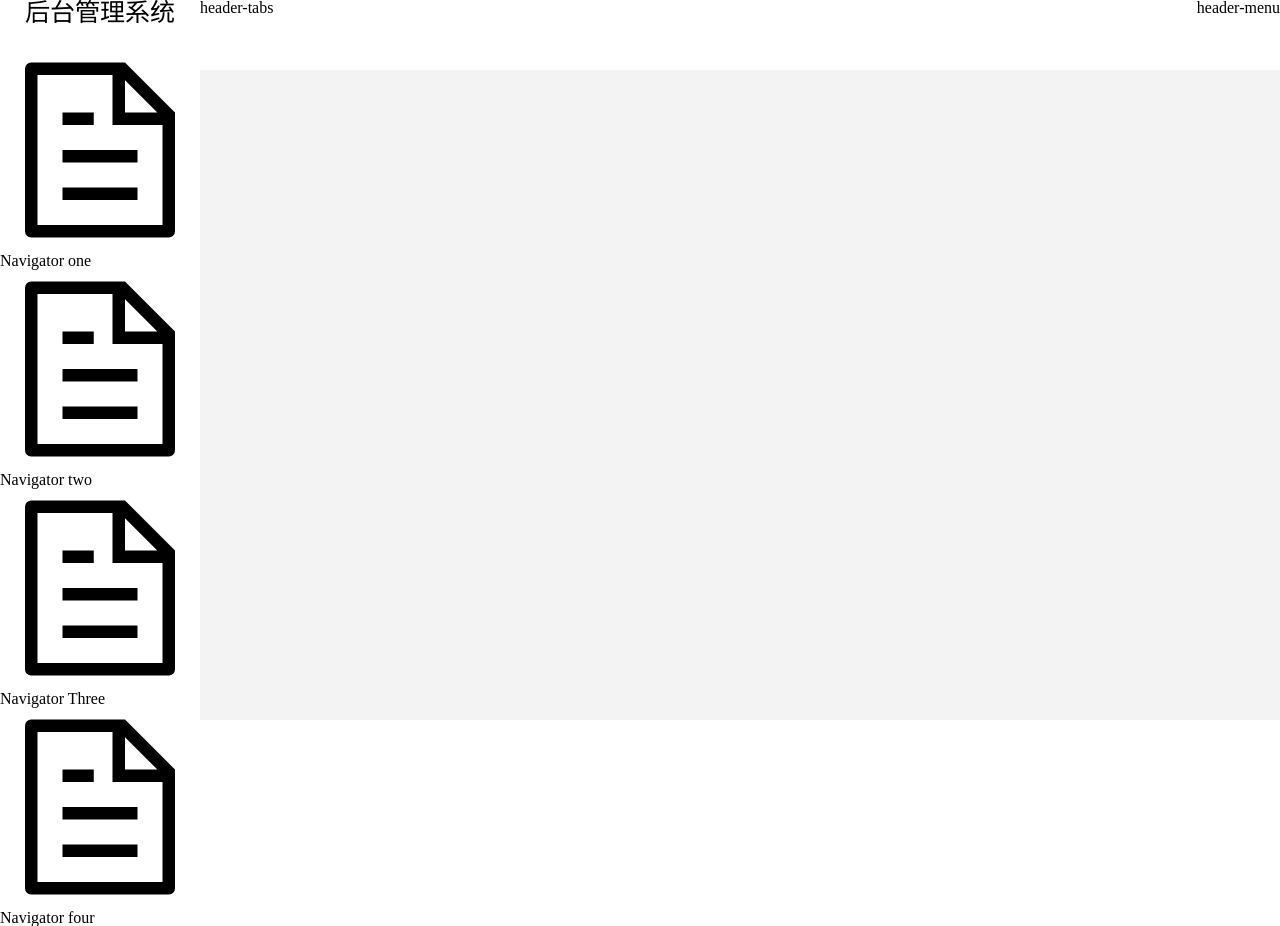
Repository: serrrN/admin
Page: /
The author's editor kept a copy of each file at every save. The page is drawn from the files as they stood at one save, then again after the next save.
The browser window is 1280 px wide. The pictures show the whole page.
The project was rebuilt for these pictures with package versions that can differ from the ones it lists, and the page was loaded fresh each time. Also part of the build but not shown: vite.config.ts, src/styles/index.scss.

Above is the page before, as saved 2024-06-02 15:30:33.

### src/main.ts
import { createApp } from 'vue'
import App from './App.vue'
import ElementPlus from 'element-plus'
import zhCn from 'element-plus/es/locale/lang/zh-cn'
import * as ElementPlusIconsVue from '@element-plus/icons-vue'
import router from './router'
import 'reset-css'
import './styles/index.scss'
const app = createApp(App)
for (const [key, component] of Object.entries(ElementPlusIconsVue)) {
  app.component(key, component)
}
app.use(ElementPlus, { locale: zhCn })
app.use(router)
app.mount('#app')

### src/App.vue
<script setup lang="ts"></script>

<template>
  <router-view></router-view>
</template>

<style>
#app,
html,
body {
  width: 100%;
  height: 100%;
}
</style>

### src/router/index.ts
import { createRouter, createWebHistory } from 'vue-router'
const routes = [
  {
    path: '/',
    name: 'home',
    component: () => import('@/layout/index.vue'),
  },
]
const router = createRouter({
  history: createWebHistory(),
  routes,
})
export default router

### src/layout/index.vue
<template>
  <div class="layout-container">
    <div class="left">
      <Menu />
    </div>
    <div class="right">
      <div class="header"><Header /></div>
      <div class="main"><Main /></div>
    </div>
  </div>
</template>

<script lang="ts" setup>
import Menu from './menu/index.vue'
import Header from './header/index.vue'
import Main from './main/index.vue'
</script>

<style scoped lang="scss">
.layout-container {
  width: 100%;
  height: 100%;
  display: flex;
  .left {
    height: 100%;
    width: $layout-container-left-max-width;
  }
  .right {
    width: calc(100% - $layout-container-left-max-width);
    .header {
      width: 100%;
      height: $layout-container-header-height;
      display: flex;
      justify-content: space-between;
    }
    .main {
      height: calc(100% - $layout-container-header-height);
      width: 100%;
      background-color: #f3f3f3;
    }
  }
}
</style>

### src/styles/variable.scss
// 布局容器左边未塌陷宽度
$layout-container-left-max-width:200px;
// 布局容器左边塌陷后宽度
$layout-container-left-min-width:0px;

// 布局容器头部高度
$layout-container-header-height:70px;

### src/layout/menu/index.vue
<template>
  <el-menu
    default-active="2"
    class="el-menu-vertical-demo"
    :collapse="isCollapse"
    @open="handleOpen"
    @close="handleClose"
  >
    <div class="name">后台管理系统</div>
    <el-menu-item index="1">
      <el-icon><document /></el-icon>
      <span>Navigator one</span>
    </el-menu-item>
    <el-menu-item index="2">
      <el-icon><document /></el-icon>
      <span>Navigator two</span>
    </el-menu-item>
    <el-menu-item index="3">
      <el-icon><document /></el-icon>
      <span>Navigator Three</span>
    </el-menu-item>
    <el-menu-item index="4">
      <el-icon><document /></el-icon>
      <span>Navigator four</span>
    </el-menu-item>
  </el-menu>
</template>

<script lang="ts" setup>
import { ref } from 'vue'

const isCollapse = ref(false)
const handleOpen = (key: string, keyPath: string[]) => {
  console.log(key, keyPath)
}
const handleClose = (key: string, keyPath: string[]) => {
  console.log(key, keyPath)
}
</script>

<style>
.el-menu {
  height: 100%;
  .name {
    text-align: center;
    width: 100%;
    height: 50px;
    font-size: 25px;
  }
}
.el-menu-vertical-demo:not(.el-menu--collapse) {
  width: 200px;
  min-height: 400px;
}
</style>

### src/layout/header/index.vue
<template>
  <Tabs />
  <Menu />
</template>
<script setup lang="ts">
import Tabs from './tabs/index.vue'
import Menu from './menu/index.vue'
</script>
<style lang="scss" scoped></style>

### src/layout/main/index.vue
<template>
  <router-view></router-view>
</template>
<script setup lang="ts"></script>
<style lang="scss" scoped></style>

### src/layout/header/tabs/index.vue
<template>
  <div class="header-tabs">header-tabs</div>
</template>
<script setup lang="ts"></script>
<style lang="scss" scoped></style>

### src/layout/header/menu/index.vue
<template>
  <div class="header-menu">header-menu</div>
</template>
<script setup lang="ts"></script>
<style lang="scss" scoped></style>

Loaded but not shown: index.html (common file)

After the next save:
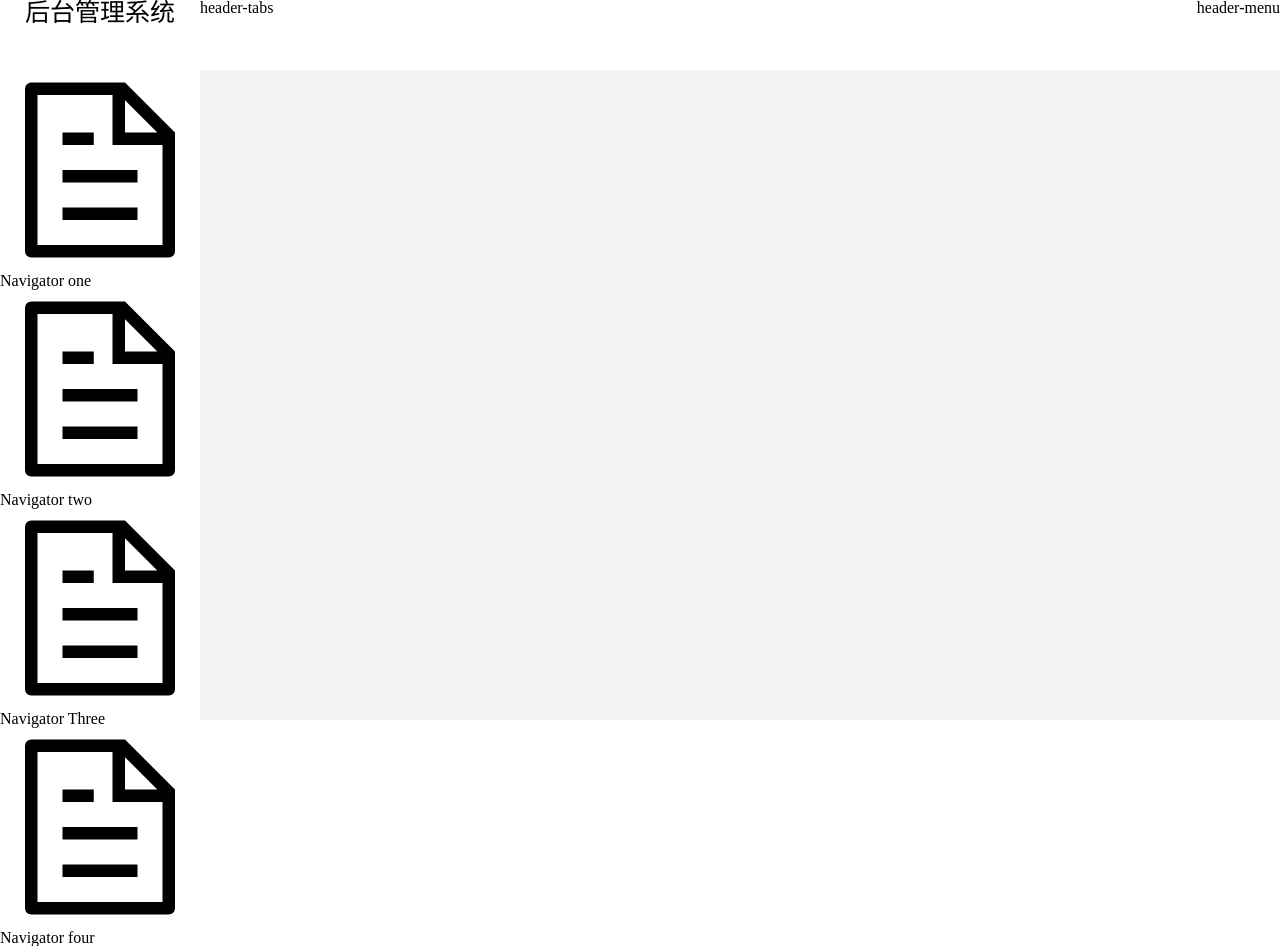
Saved 4 s later.
--- a/src/layout/menu/index.vue
+++ b/src/layout/menu/index.vue
@@ -44,7 +44,7 @@ const handleClose = (key: string, keyPath: string[]) => {
   .name {
     text-align: center;
     width: 100%;
-    height: 50px;
+    height: 70px;
     font-size: 25px;
   }
 }
